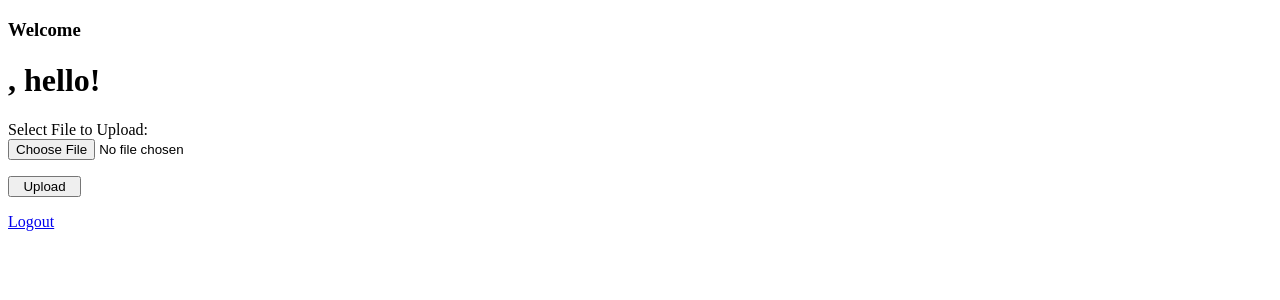
Repository: SvetlanaK367/TrainingJAVA
Page: http://localhost/FinalProject/jsp/main.jsp
These files come from the project's save history. The page is drawn as it stood at one moment and after the next save; the edit follows.
The browser window is 1280 px wide. The pictures show the whole page.
The page is served by Tomcat 9.

Above is the page before, as saved 2017-04-02 18:14:40.

After the next save:
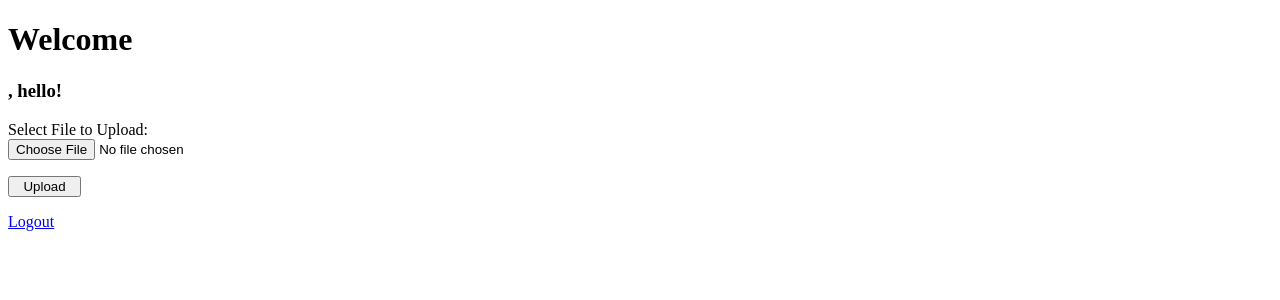
Saved 39 s later.
--- a/FinalProject/WebContent/jsp/main.jsp
+++ b/FinalProject/WebContent/jsp/main.jsp
@@ -7,8 +7,8 @@
 <title>Welcome</title>
 </head>
 <body>
-	<h3>Welcome</h3>
-		<h1> ${user}, hello!</h1>
+	<h1>Welcome</h1>
+		<h3> ${user}, hello!</h3>
 
 		<form action="Controller" method="post" enctype="multipart/form-data">
 			<input type="hidden" name="command" value="FileUpload2" />
